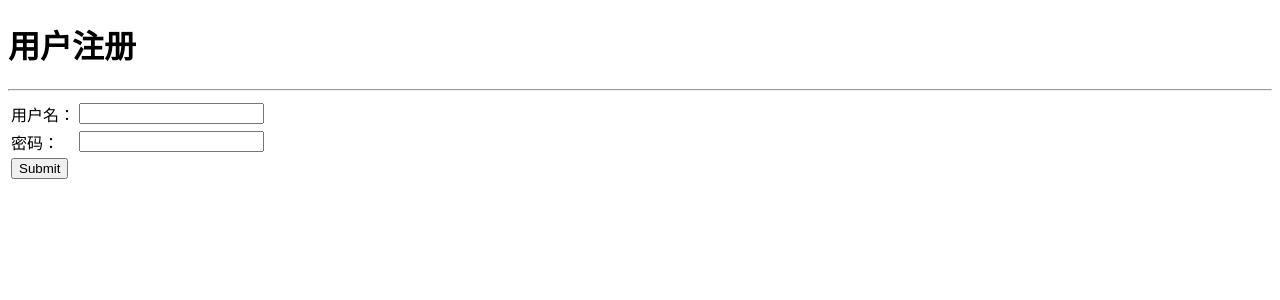
Repository: Zendq1998/jdbc
Page: http://localhost/webroot/reg.jsp
These files come from the project's save history. The page is drawn as it stood at one moment and after the next save; the edit follows.
The browser window is 1280 px wide. The pictures show the whole page.
The page is served by Tomcat 9. Nobody is signed in. The application's start-up code is not run.

Above is the page before, as saved 2018-04-19 16:25:13.

After the next save:
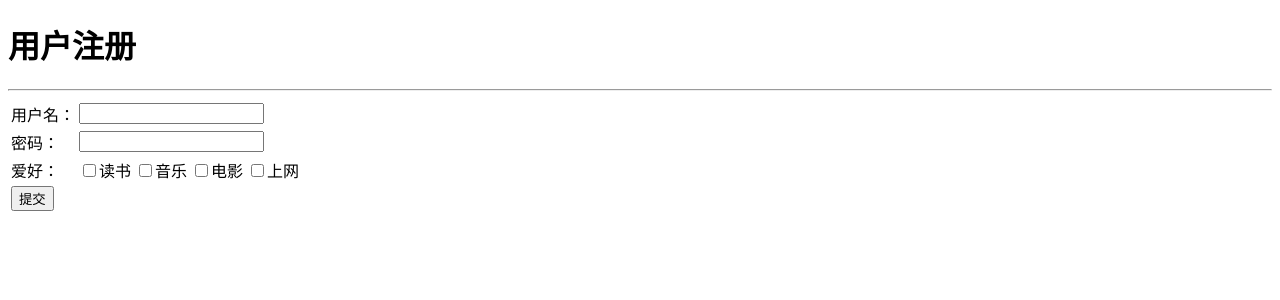
Saved 10 h 40 min later.
--- a/webroot/WebContent/reg.jsp
+++ b/webroot/WebContent/reg.jsp
@@ -24,8 +24,17 @@
 			</td>
 		</tr>
 		<tr>
+			<td>爱好：</td>
+			<td>
+				<input type="checkbox" name="favorite" value="read">读书
+				<input type="checkbox" name="favorite" value="music">音乐
+				<input type="checkbox" name="favorite" value="movie">电影
+				<input type="checkbox" name="favorite" value="internet">上网
+			</td>
+		</tr>
+		<tr>
 			<td colspan="2">
-				<input type="submit">
+				<input type="submit" value="提交">
 			</td>
 		</tr>
 	</table>
